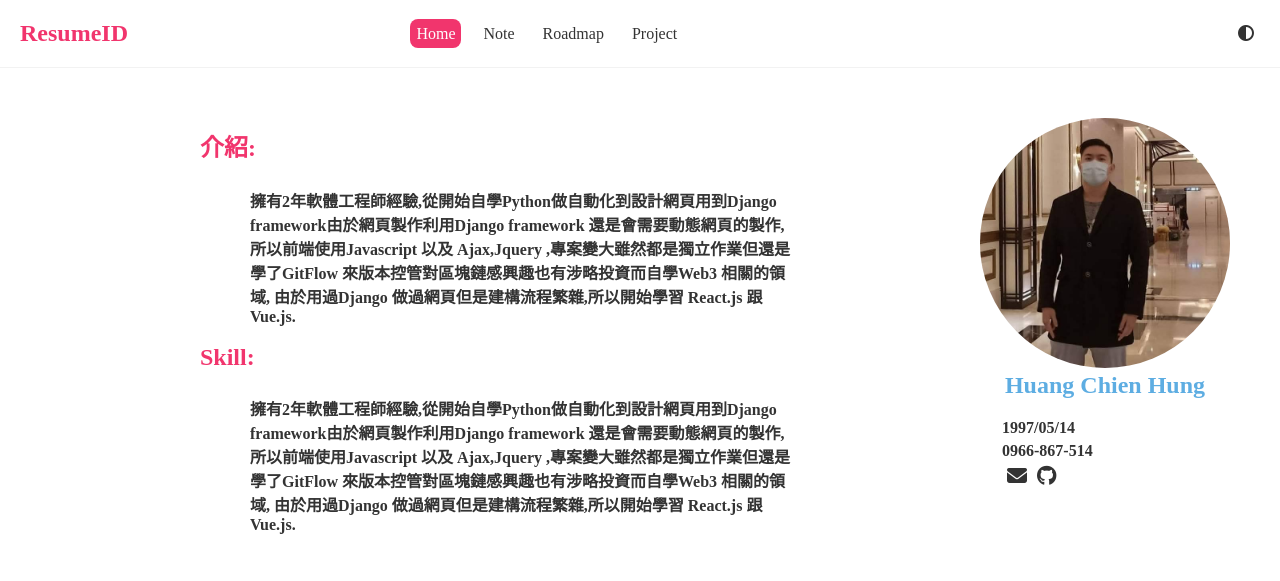
Repository: leo-play-code/ResumeID
Page: /
These files come from the project's save history. The page is drawn as it stood at one moment and after the next save; the edit follows.
The browser window is 1280 px wide. The pictures show the whole page.
Some web libraries are served in a nearby version. The project was rebuilt for these pictures with package versions that can differ from the ones it lists, and the page was loaded fresh each time. Also part of the build but not shown: src/Note/Note.js, src/Roadmap/Roadmap.js, src/Project/Project.js.

Above is the page before, as saved 2022-10-18 15:21:44.

After the next save:
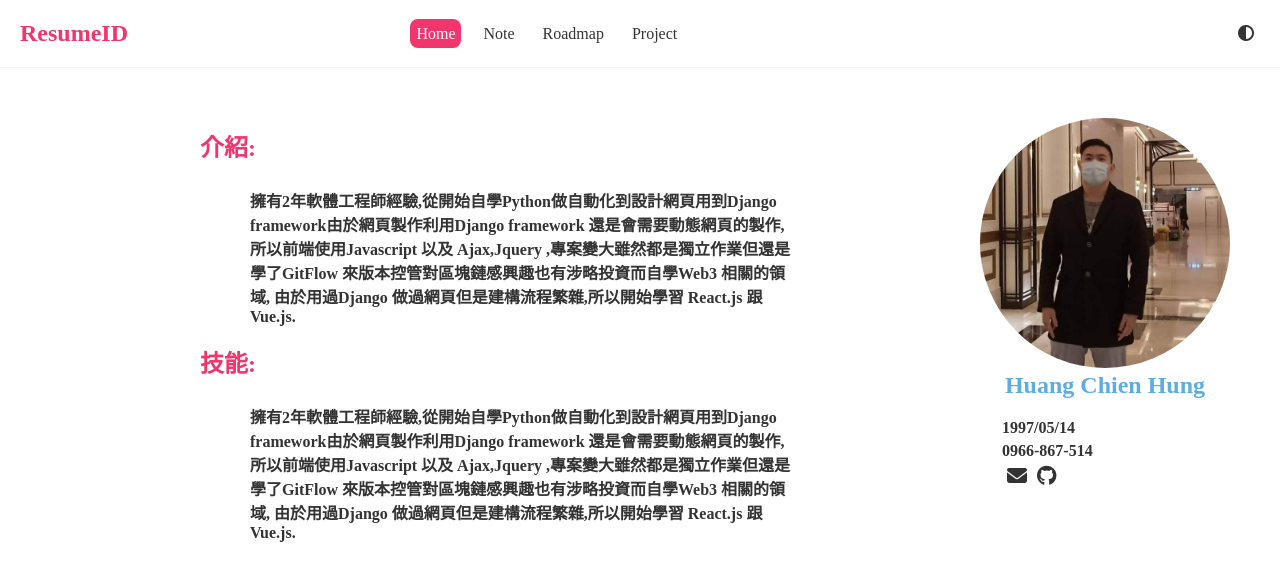
Saved 7 s later.
--- a/src/Home/Home.js
+++ b/src/Home/Home.js
@@ -14,7 +14,7 @@ function Home(){
                         <b>對區塊鏈感興趣也有涉略投資⽽⾃學Web3 相關的領域, 由於⽤過Django 做過網⾴但是建構流程繁雜,所以開始學習 React.js 跟 Vue.js.</b>
                     </div>
                     <br />
-                    <h2 className='context-title'>Skill:</h2>
+                    <h2 className='context-title'>技能:</h2>
                     <div className='context'>
                         <b>擁有2年軟體⼯程師經驗,從開始⾃學Python做⾃動化到設計網⾴⽤到Django framework</b>
                         <b>由於網⾴製作利⽤Django framework 還是會需要動態網⾴的製作,所以前端使⽤Javascript 以及 Ajax,Jquery ,專案變⼤雖然都是獨立作業但還是學了GitFlow 來版本控管</b>
